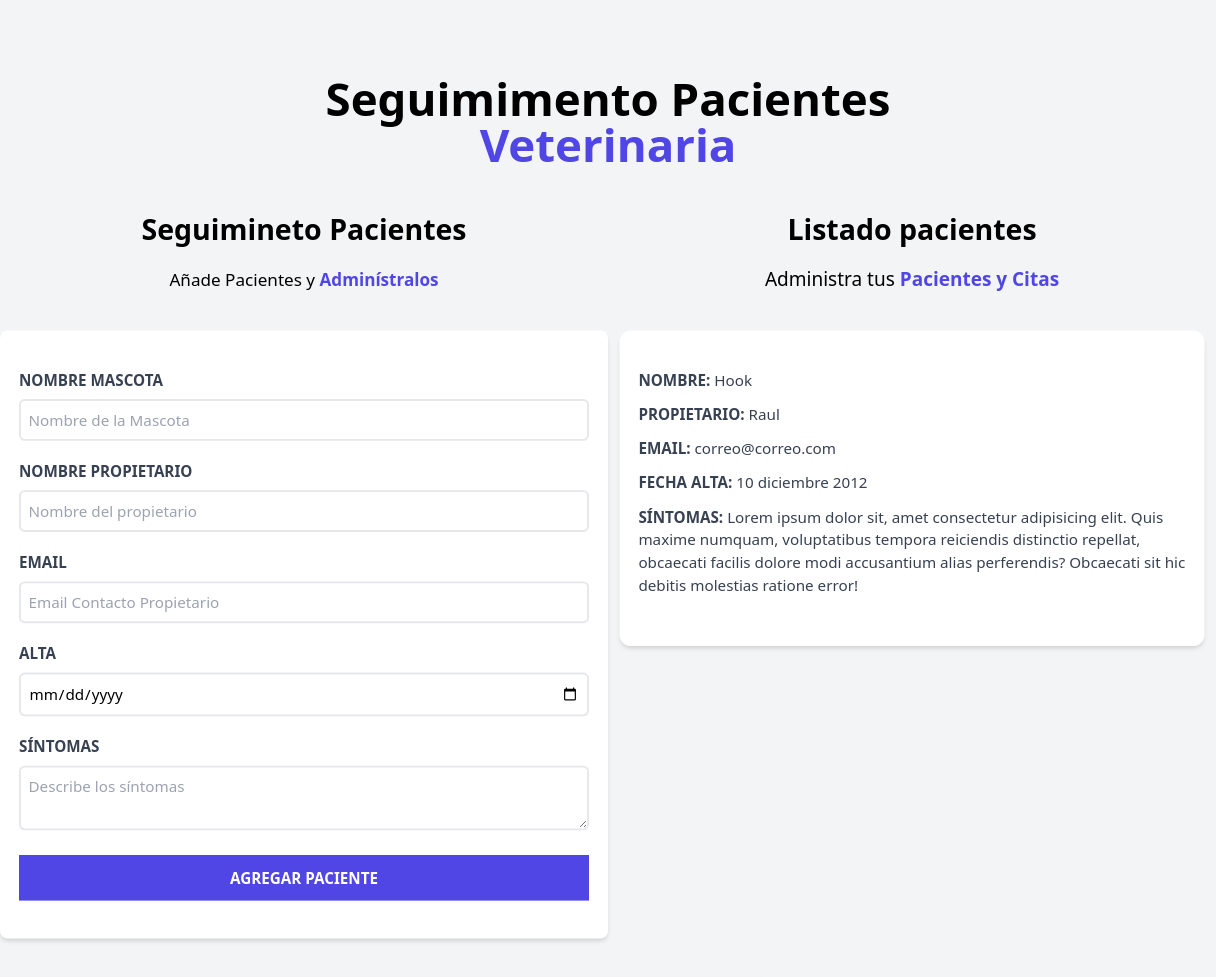
Repository: rlaureano/citas_react
Page: /
An editor plug-in stored every save of this project. The page is shown before and after the next save, followed by the edit.
The browser window is 1280 px wide. The pictures show the whole page, at 95% of full size.
The project was rebuilt for these pictures with package versions that can differ from the ones it lists, and the page was loaded fresh each time. Also part of the build but not shown: vite.config.js.

Above is the page before, as saved 2022-01-12 21:12:06.

### src/App.jsx
import Formulario from "./components/Formulario"
import Header from "./components/Header"
import ListadoPacientes from "./components/ListadoPacientes"

function App() {

  return (
    <div className="container mx-auto mt-20 max-w-7xl">
      <Header  />
      <div className="mt-12 md:flex">
        <Formulario  />
        <ListadoPacientes />
      </div>
    </div>
  )
}

export default App

### src/components/Formulario.jsx
import {useState, useEffect} from 'react'

const Formulario = () => {

  const [ nombre, setNombre ] = useState('Hook');

  console.log(nombre);

  return (
    <div className="md:w-1/2 lg:w2/5">

      <h2 className="font-black text-3xl text-center">Seguimineto Pacientes</h2>

      <p className="text-lg mt-5 text-center mb-10">
        Añade Pacientes y {''}
        <span className="text-indigo-600 font-bold text-lg">Adminístralos</span>
      </p>

      <form action="" className="bg-white shadow-md rounded-lg py-10 px-5 mb-10">
        <div className="mb-5">
          <label htmlFor="mascota" className="block text-gray-700 uppercase font-bold">Nombre Mascota</label>
          <input
            id='mascota'
            type="text"
            placeholder="Nombre de la Mascota"
            className="border-2 w-full p-2 mt-2 placeholder-gray-400 rounded-md"
          />
        </div>

        <div className="mb-5">
          <label htmlFor="propietario" className="block text-gray-700 uppercase font-bold">Nombre Propietario</label>
          <input
            id='propietario'
            type="text"
            placeholder="Nombre del propietario"
            className="border-2 w-full p-2 mt-2 placeholder-gray-400 rounded-md"
          />
        </div>

        <div className="mb-5">
          <label htmlFor="email" className="block text-gray-700 uppercase font-bold">Email</label>
          <input
            id='email'
            type="email"
            placeholder="Email Contacto Propietario"
            className="border-2 w-full p-2 mt-2 placeholder-gray-400 rounded-md"
          />
        </div>

        <div className="mb-5">
          <label htmlFor="alta" className="block text-gray-700 uppercase font-bold">Alta</label>
          <input
            id='alta'
            type="date"
            className="border-2 w-full p-2 mt-2 placeholder-gray-400 rounded-md"
          />
        </div>

        <div className="mb-5">
          <label htmlFor="sintomas" className="block text-gray-700 uppercase font-bold">Síntomas</label>
          <textarea
            id='sintomas'
            placeholder="Describe los síntomas"
            className="border-2 w-full p-2 mt-2 placeholder-gray-400 rounded-md"
          />
        </div>

        <input
          type="submit"
          className="bg-indigo-600 w-full p-3 text-white uppercase font-bold hover:bg-indigo-700 cursor-pointer transition-all"
          value="Agregar Paciente"
        />
      </form>

    </div>
  )
}

export default Formulario

### src/components/Header.jsx
function Header() {
  return (

      <h1 className="font-black text-5xl text-center md:w-2/3 mx-auto">Seguimimento Pacientes {''}
        <span className="text-indigo-600">Veterinaria</span>
      </h1>

  )
}

export default Header

### src/components/ListadoPacientes.jsx
import React from 'react'
import Paciente from './Paciente'


const ListadoPacientes = () => {
  return (
    <div className="md:w-1/2 ld:w-3/5 md:h-screen overflow-y-scroll">
      <h2 className="font-black text-3xl text-center">Listado pacientes</h2>
      <p className="text-xl mt-5 mb-10 text-center">
        Administra tus {''}
        <span className="text-indigo-600 font-bold">Pacientes y Citas</span>
      </p>
      <Paciente />
    </div>
  )
}

export default ListadoPacientes

### src/components/Paciente.jsx
import React from 'react'

const Paciente = () => {
  return (
    <div>
      <div className="m-3 bg-white shadow-md px-5 py-10 rounded-xl">
        <p className="font-bold mb-3 text-gray-700 uppercase">
          Nombre: {''}
          <span className="font-normal normal-case">Hook</span>
        </p>

        <p className="font-bold mb-3 text-gray-700 uppercase">
          Propietario: {''}
          <span className="font-normal normal-case">Raul</span>
        </p>

        <p className="font-bold mb-3 text-gray-700 uppercase">
          Email: {''}
          <span className="font-normal normal-case">correo@correo.com</span>
        </p>

        <p className="font-bold mb-3 text-gray-700 uppercase">
          Fecha Alta: {''}
          <span className="font-normal normal-case">10 diciembre 2012</span>
        </p>

        <p className="font-bold mb-3 text-gray-700 uppercase">
          Síntomas: {''}
          <span className="font-normal normal-case">Lorem ipsum dolor sit, amet consectetur adipisicing elit. Quis maxime numquam, voluptatibus tempora reiciendis distinctio repellat, obcaecati facilis dolore modi accusantium alias perferendis? Obcaecati sit hic debitis molestias ratione error!</span>
        </p>
      </div>
    </div>
  )
}

export default Paciente

### tailwind.config.js
module.exports = {
  purge: ["./index.html", "./src/**/*.{jsx}"],
  content: [],
  theme: {
    extend: {},
  },
  plugins: [],
}

Loaded but not shown: index.html (common file); src/main.jsx (common file); src/index.css (common file)

After the next save:
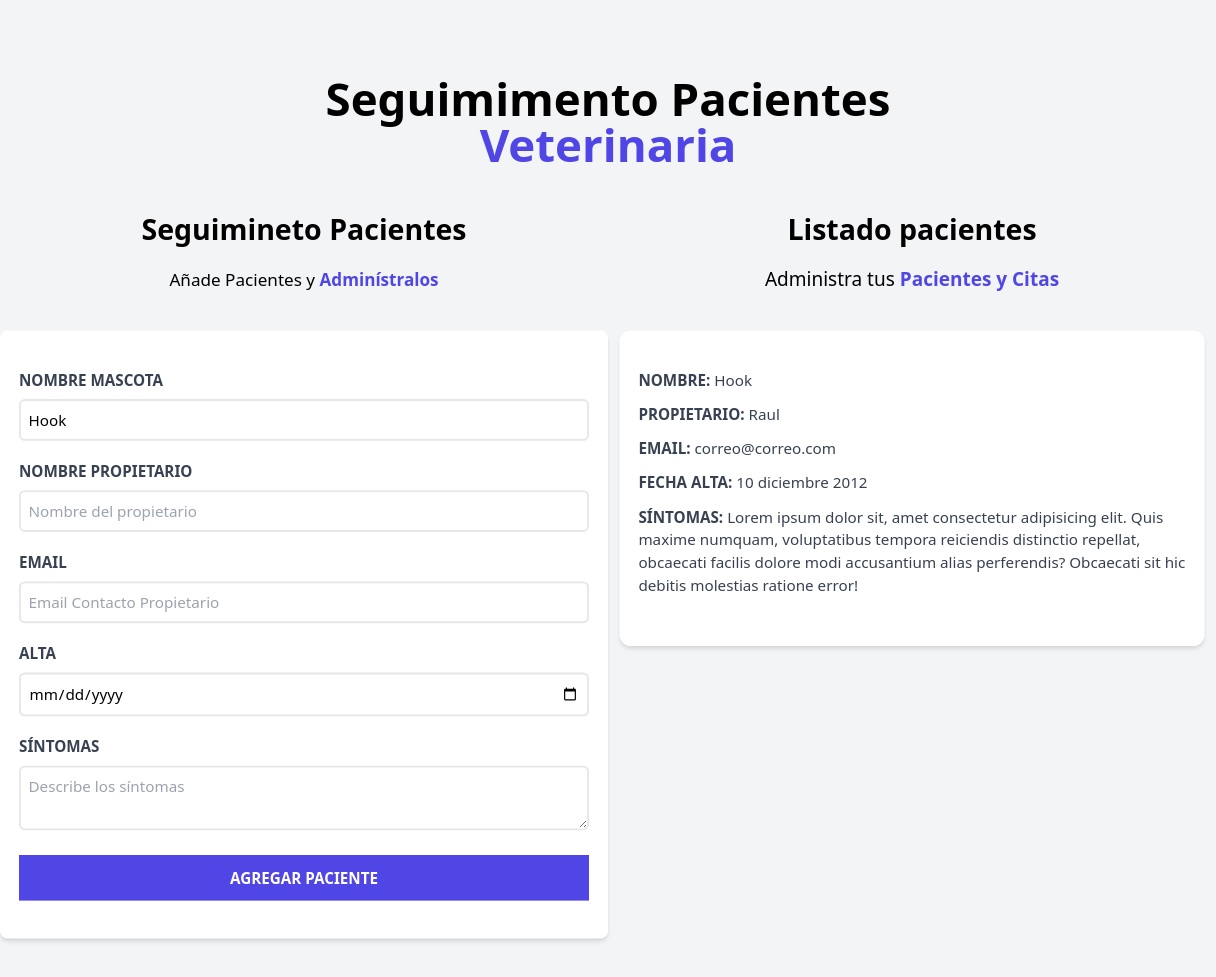
Saved 7 min 32 s later.
--- a/src/components/Formulario.jsx
+++ b/src/components/Formulario.jsx
@@ -24,6 +24,7 @@ const Formulario = () => {
             type="text"
             placeholder="Nombre de la Mascota"
             className="border-2 w-full p-2 mt-2 placeholder-gray-400 rounded-md"
+            value={nombre}
           />
         </div>
 

After the save that followed:
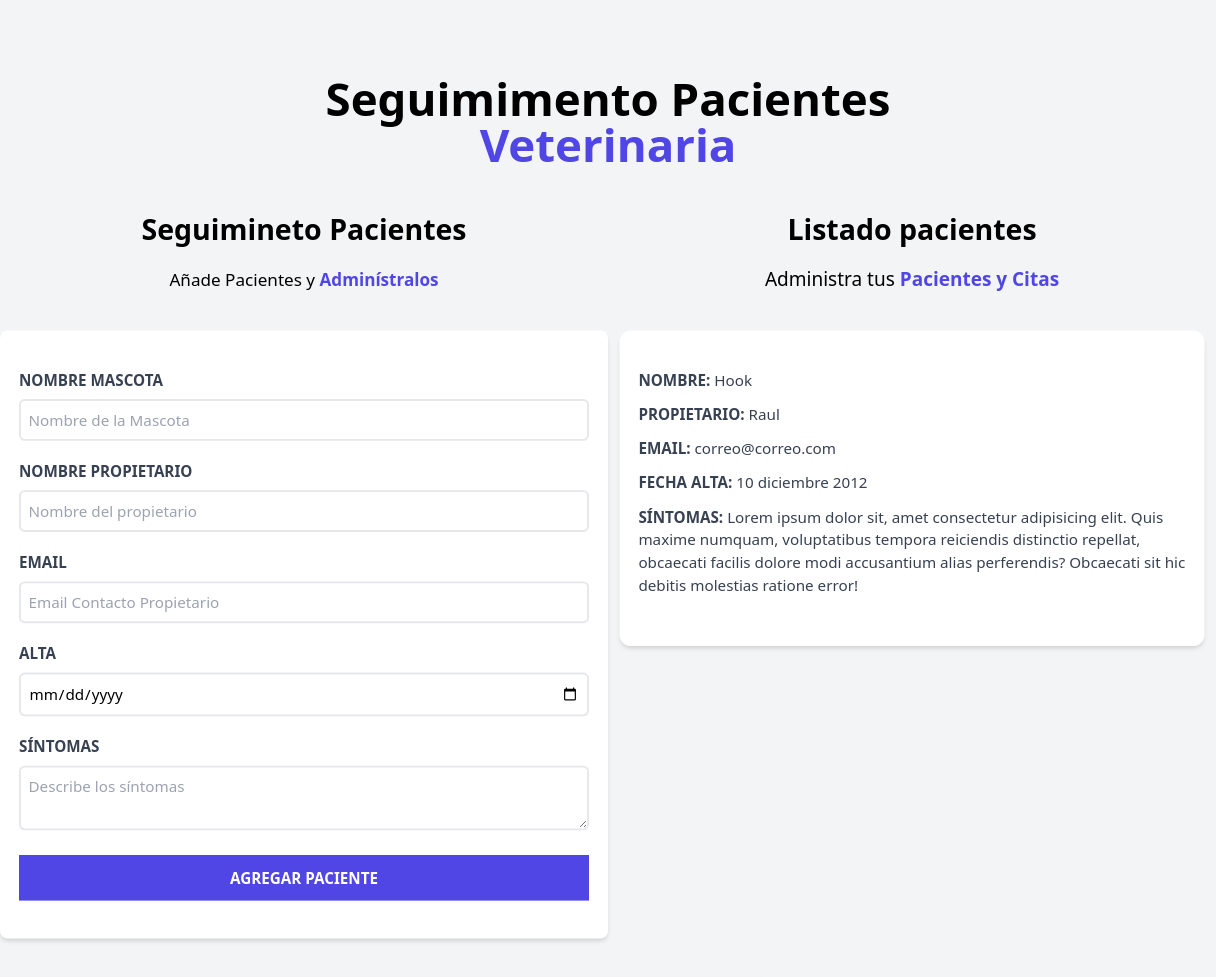
Saved 13 s later.
--- a/src/components/Formulario.jsx
+++ b/src/components/Formulario.jsx
@@ -2,9 +2,7 @@ import {useState, useEffect} from 'react'
 
 const Formulario = () => {
 
-  const [ nombre, setNombre ] = useState('Hook');
-
-  console.log(nombre);
+  const [ nombre, setNombre ] = useState('');
 
   return (
     <div className="md:w-1/2 lg:w2/5">
